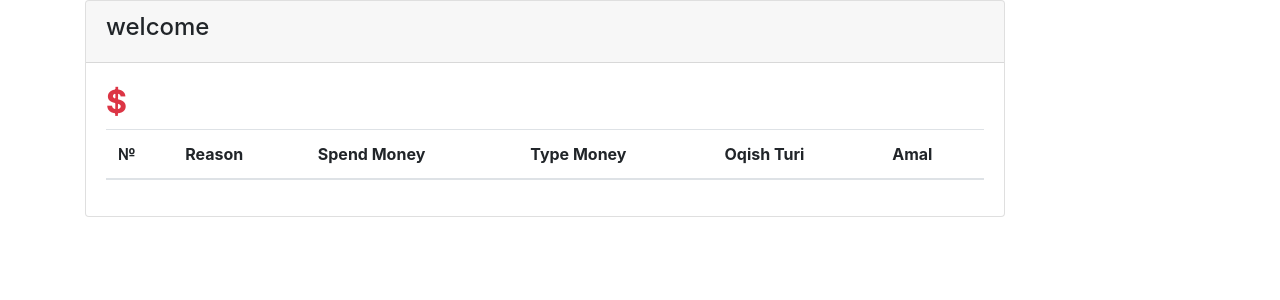
Repository: surefaceJS/allMyWorkInaliLinux
Page: hardcha/index.html
These files come from the project's save history. The page is drawn as it stood at one moment and after the next save; the edit follows.
The browser window is 1280 px wide. The pictures show the whole page.

Above is the page before, as saved 2021-04-19 11:34:19.

### hardcha/index.html
<!DOCTYPE html>
<html lang="en">

<head>
    <meta charset="UTF-8">
    <meta http-equiv="X-UA-Compatible" content="IE=edge">
    <meta name="viewport" content="width=device-width, initial-scale=1.0">
    <title>ReadyWebPage</title>
    <link rel="stylesheet" href="css/bootstrap.css">
    <link rel="stylesheet" href="fontawesome-free-5.15.2-web/css/all.min.css">
    <link rel="stylesheet" href="css/main.css">
</head>

<body>


    <div class="container">

        <div class="row">
            <div class="col-10">
                <div class="card">

                    <div class="card-header">
                        <h4>welcome <span id="pushName"></span> </h4>
                    </div>
                    <div class="card-body">
                        <h2 class="text-danger text-uppercase font-intel-bold" id="pushMonay"><span>$</span></h2>

                        <table class="table table-hover table-striped">
                            <thead>
                                <tr>
                                    <th>№</th>
                                    <th>Reason</th>
                                    <th>Spend Money</th>
                                    <th>Type Money</th>
                                    <th>Oqish Turi</th>
                                    <th>Amal</th>
                                </tr>
                            </thead>
                        </table>
                    </div>

                </div>
            </div>
        </div>
    </div>

    <script src="js/jquery-3.3.1.slim.min.js"></script>
    <script src="js/popper.min.js"></script>
    <script src="js/bootstrap.js"></script>
    <script src="js/app.js"></script>
</body>

</html>

### hardcha/css/main.css
/*********************  FONTS STYLE *************************/
@font-face {
  font-family: "Inter-Bold";
  src: url("../asssets/fonts/Inter/Inter-Bold.ttf") format("truetype"); }
@font-face {
  font-family: "Inter-Regular";
  src: url("../asssets/fonts/Inter/Inter-Regular.ttf") format("truetype"); }
@font-face {
  font-family: "Inter-Light";
  src: url("../asssets/fonts/Inter/Inter-Light.ttf") format("truetype"); }
@font-face {
  font-family: "Inter-SemiBold";
  src: url("../asssets/fonts/Inter/Inter-SemiBold.ttf") format("truetype"); }
.font-intel-bold {
  font-family: "Inter-Bold", sans-serif; }

.font-intel-regular {
  font-family: "Inter-Regular", sans-serif; }

.font-intel-light {
  font-family: "Inter-Light", sans-serif; }

.font-inter-semi-bold {
  font-family: "Inter-SemiBold", sans-serif; }

/*# sourceMappingURL=main.css.map */

Loaded but not shown: hardcha/css/bootstrap.css (library); hardcha/fontawesome-free-5.15.2-web/css/all.min.css (library); hardcha/js/jquery-3.3.1.slim.min.js (library); hardcha/js/popper.min.js (library); hardcha/js/bootstrap.js (library); hardcha/js/app.js (no copy from this time; the picture is the same without it)

After the next save:
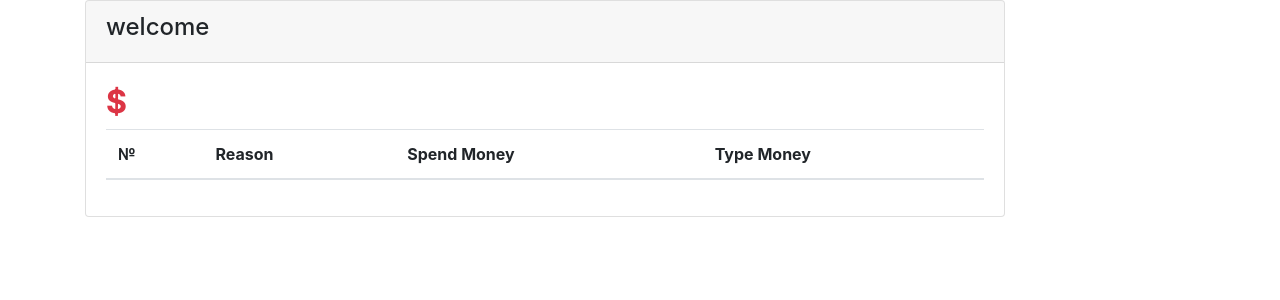
Saved 5 s later.
--- a/hardcha/index.html
+++ b/hardcha/index.html
@@ -33,8 +33,6 @@
                                     <th>Reason</th>
                                     <th>Spend Money</th>
                                     <th>Type Money</th>
-                                    <th>Oqish Turi</th>
-                                    <th>Amal</th>
                                 </tr>
                             </thead>
                         </table>
